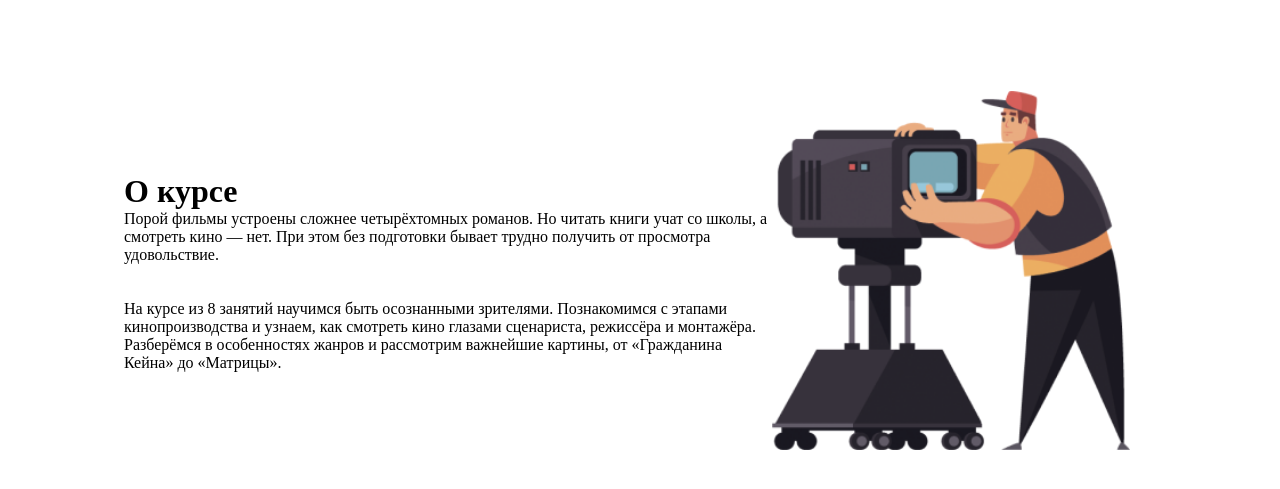
Repository: AytacSafarova/task-figma--1
Page: index.html
These files come from the project's save history. The page is drawn as it stood at one moment and after a run of saves; the edit follows.
The browser window is 1280 px wide. The pictures show the whole page.

Above is the page before, as saved 2023-04-29 20:14:54.

### index.html
<!DOCTYPE html>
<html lang="en">
<head>
  <meta charset="UTF-8" />
  <meta http-equiv="X-UA-Compatible" content="IE=edge" />
  <meta name="viewport" content="width=device-width, initial-scale=1.0" />
  <title>Document</title>
  <link rel="stylesheet" href="/index.css" />
</head>

<body>
  <div class="container">
    <div class="row up">
      <div class="col left">
        <h1>О курсе</h1>
        <div class="text">
          <p>
            Порой фильмы устроены сложнее четырёхтомных романов. Но читать
            книги учат со школы, а смотреть кино — нет. При этом без
            подготовки бывает трудно получить от просмотра удовольствие.
          </p>
          <br><br>
          <p>
            На курсе из 8 занятий научимся быть осознанными зрителями.
            Познакомимся с этапами кинопроизводства и узнаем, как смотреть
            кино глазами сценариста, режиссёра и монтажёра. Разберёмся в
            особенностях жанров и рассмотрим важнейшие картины, от
            «Гражданина Кейна» до «Матрицы».
          </p>
        </div>
      </div>
      <div class="col right">
        <img src="/images/_1 1.png" alt="" />
      </div>
    </div>

    <!-- <div class="down">
      <div class="image">
        <img src="/images/photo 1.png" alt="" />
      </div>

      <ul class="list">
        <li>
          <h5>8 занятий</h5>
          <p>Для погружения в кинематограф</p>
        </li>

        <li>
          <h5>8 занятий</h5>
          <p>Для погружения в кинематограф</p>
        </li>

        <li>
          <h5>8 занятий</h5>
          <p>Для погружения в кинематограф</p>
        </li>
      </ul>
    </div> -->
  </div>
</body>

</html>

### index.css
@import url('https://fonts.googleapis.com/css2?family=Roboto+Slab:wght@700&family=Roboto:wght@400;500;700&display=swap');
*{
    margin: 0;
    padding: 0;
}
.container{
padding: 91px 150px 173px 124px;
}

.row{
    display: flex;
    justify-content: space-between;
    align-items: center;
}

.left{
    width: 662px;
}


.header{
    font-size: 55px;
    font-family: 'Roboto', sans-serif;
    font-weight: 700;
    margin-bottom: 50px;
}
.text div{
    font-size: 24px;
    font-family: 'Roboto', sans-serif;
    font-weight: 400;
    line-height: 36px;
}

.right{
    width: 366px;
}
.right img{
    width: 100%;
}

.down{
    display: flex;
    align-items: center;
    justify-content: space-between;
    margin-top:94px;
}

.image{
    width: 232px;
}

.image img{
    width: 100%;
}


.list{
    display: flex;
    padding-right: 314px ;
}

li{
    width: 150px;
    margin-left: 95px;
}

After the next 2 saves:
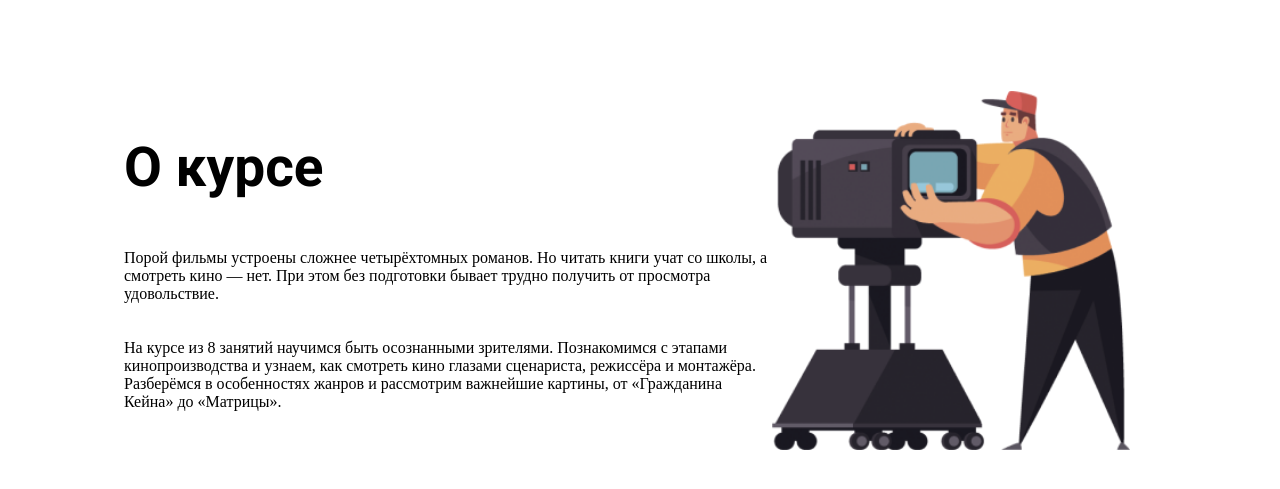
The 2 saves are shown as one change because they came seconds apart.
The last was saved 19 s later.
--- a/index.css
+++ b/index.css
@@ -18,18 +18,13 @@ padding: 91px 150px 173px 124px;
 }
 
 
-.header{
+h1{
     font-size: 55px;
     font-family: 'Roboto', sans-serif;
     font-weight: 700;
     margin-bottom: 50px;
 }
-.text div{
-    font-size: 24px;
-    font-family: 'Roboto', sans-serif;
-    font-weight: 400;
-    line-height: 36px;
-}
+
 
 .right{
     width: 366px;
